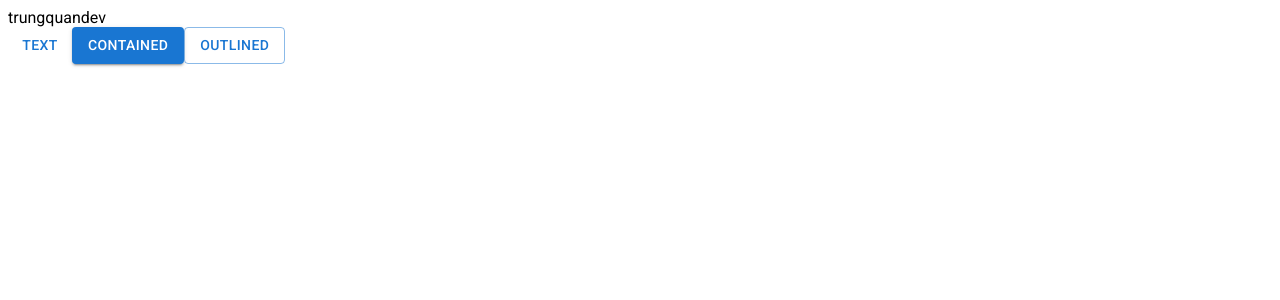
Repository: VoPhamKhanhTruong/trello-web
Page: /
The author's editor kept a copy of each file at every save. The page is drawn from the files as they stood at one save, then again after the next save.
The browser window is 1280 px wide. The pictures show the whole page.
The project was rebuilt for these pictures with package versions that can differ from the ones it lists, and the page was loaded fresh each time. Also part of the build but not shown: vite.config.js.

Above is the page before, as saved 2024-08-07 00:44:59.

### src/App.jsx
import Button from '@mui/material/Button';
import AccessAlarmIcon from '@mui/icons-material/AccessAlarm';
import ThreeDRotation from '@mui/icons-material/ThreeDRotation';

function App() {
  return (
    <>
      <div>trungquandev</div>
      <Button variant="text">Text</Button>
      <Button variant="contained">Contained</Button>
      <Button variant="outlined">Outlined</Button>
    </>
  );
}

export default App;

### src/index.css
:root {
  font-family: 'Roboto',sans-serif;
}

Loaded but not shown: index.html (common file); src/main.jsx (common file)

After the next save:
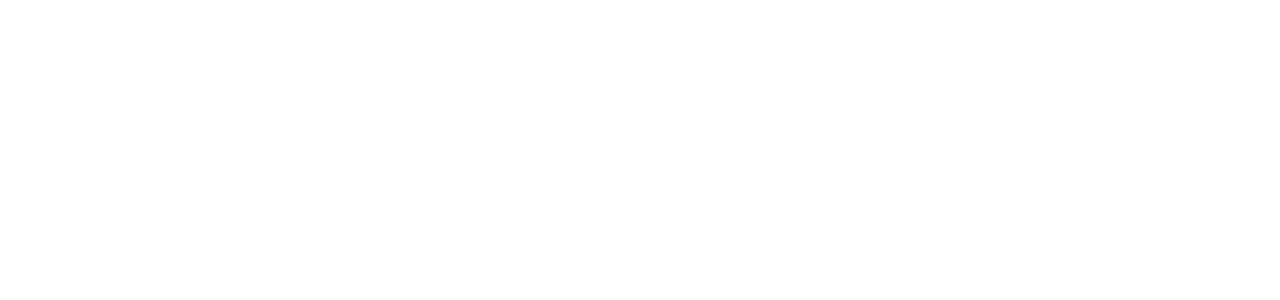
Console error: ReferenceError: HomeIcon is not defined
Saved 42 s later.
--- a/src/App.jsx
+++ b/src/App.jsx
@@ -9,6 +9,21 @@
       <Button variant="text">Text</Button>
       <Button variant="contained">Contained</Button>
       <Button variant="outlined">Outlined</Button>
+
+      <br />
+
+      <AccessAlarmIcon />
+      <ThreeDRotation />
+
+      <br />
+
+      <HomeIcon />
+      <HomeIcon color="primary" />
+      <HomeIcon color="secondary" />
+      <HomeIcon color="success" />
+      <HomeIcon color="action" />
+      <HomeIcon color="disabled" />
+      <HomeIcon sx={{ color: pink[500] }} />
     </>
   );
 }

After the save that followed:
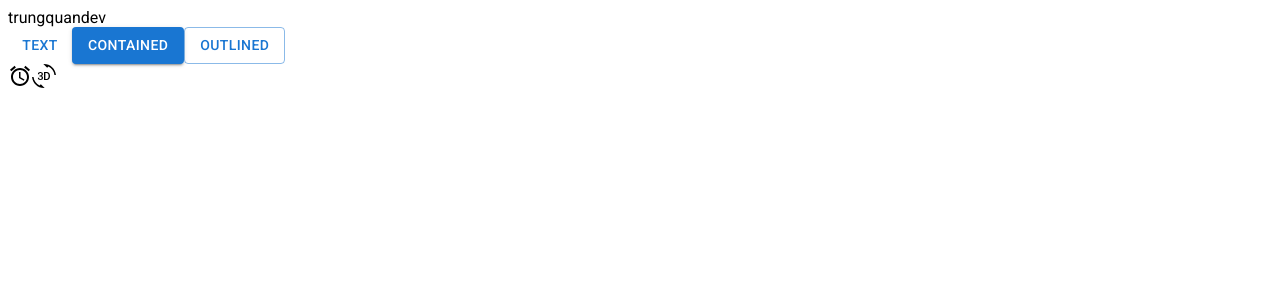
The error is gone.
Saved 94 s later.
--- a/src/App.jsx
+++ b/src/App.jsx
@@ -16,14 +16,6 @@
       <ThreeDRotation />
 
       <br />
-
-      <HomeIcon />
-      <HomeIcon color="primary" />
-      <HomeIcon color="secondary" />
-      <HomeIcon color="success" />
-      <HomeIcon color="action" />
-      <HomeIcon color="disabled" />
-      <HomeIcon sx={{ color: pink[500] }} />
     </>
   );
 }
